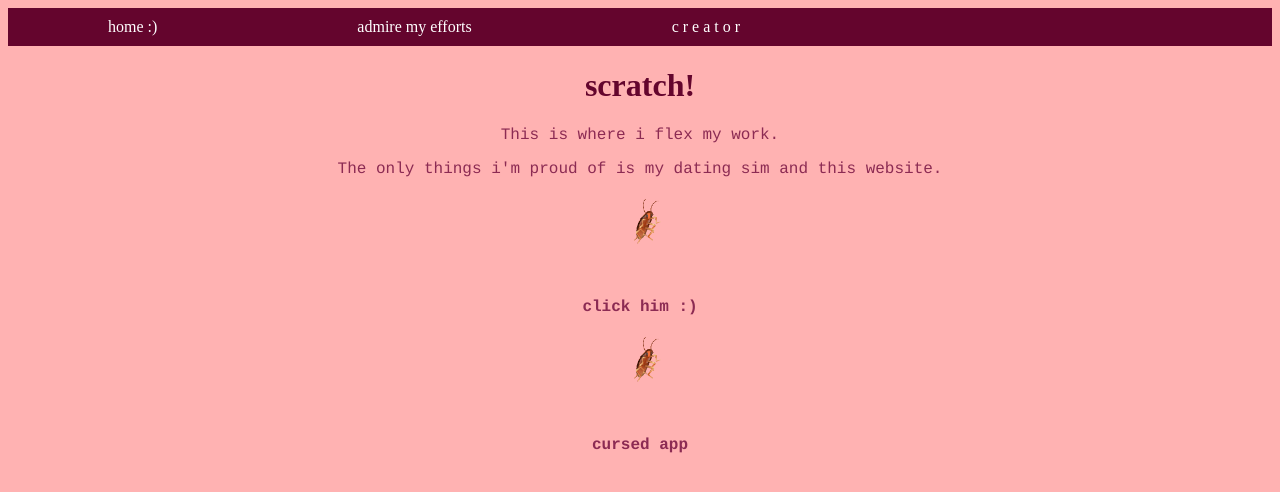
Repository: ycano1934/ycano1934.github.io
Page: my_website/portfolio.html
The author's editor kept a record of every edit. The page is drawn from the files as they stood at one moment, then again after the next edit.
The browser window is 1280 px wide. The pictures show the whole page.

Above is the page before.

After the next edit:
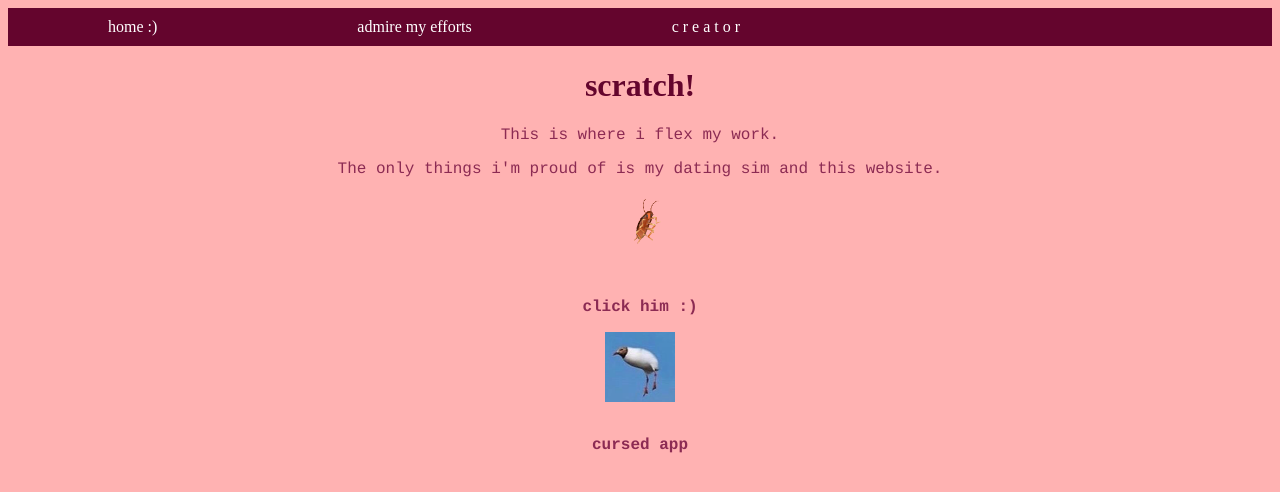
The edit:
--- a/my_website/portfolio.html
+++ b/my_website/portfolio.html
@@ -76,8 +76,8 @@
         </a>
         <p id="paragraphlook" style="text-align:center;"><strong>click him :)</strong></p>
 
-        <a href="https://scratch.mit.edu/projects/324069808/" target=_blank>
-            <img src="images/roach.gif" height="70" width="70" ><br>
+        <a href="https://ai2.appinventor.mit.edu/?galleryId=6232145279975424" target=_blank>
+            <img src="images/bird.png" height="70" width="70" ><br>
         </a>
         <p id="paragraphlook" style="text-align:center;"><strong>cursed app</strong></p>
 
